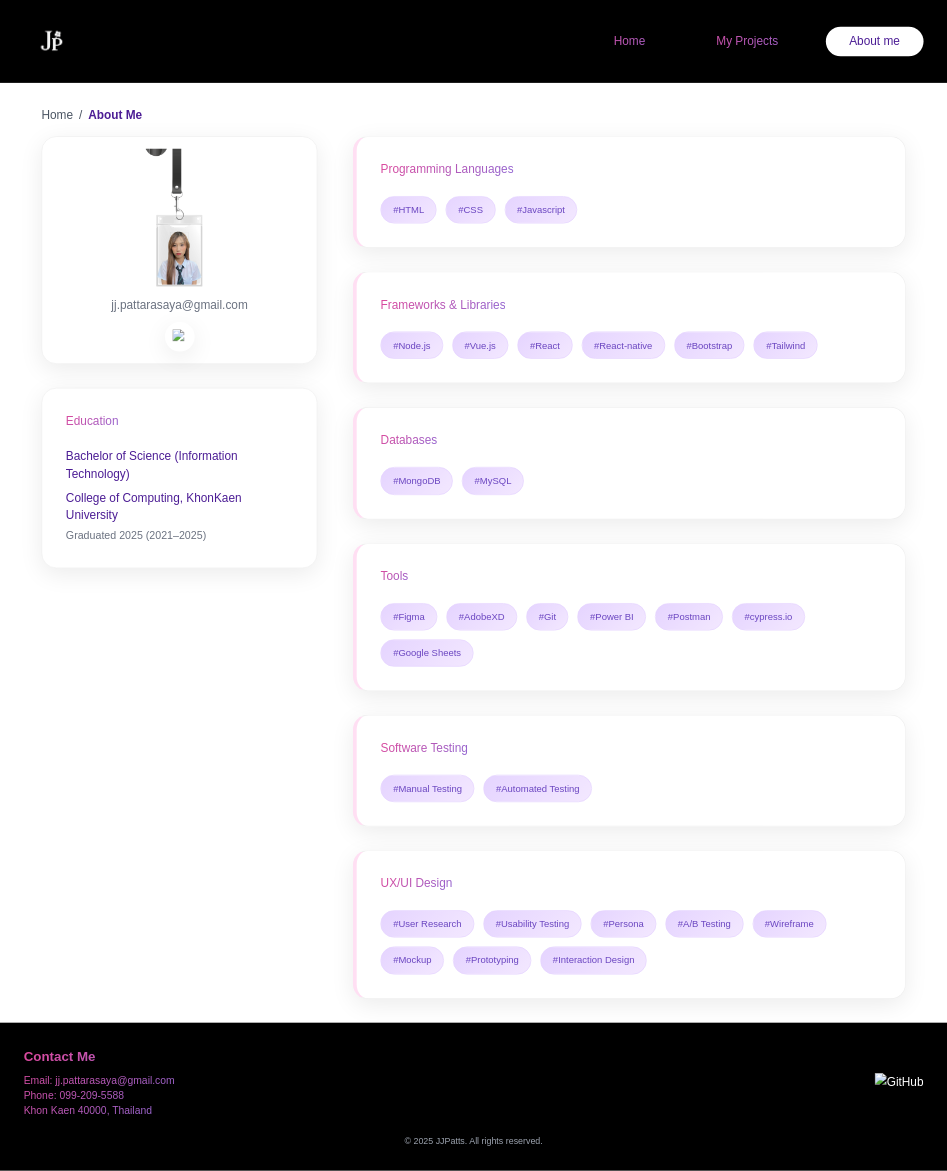
Repository: PattarasayaJJ/Portfolio-jjpatts
Page: /aboutme
The author's editor kept a copy of each file at every save. The page is drawn from the files as they stood at one save, then again after the next save.
The browser window is 1280 px wide. The pictures show the whole page, at 74% of full size.
The project was rebuilt for these pictures with package versions that can differ from the ones it lists, and the page was loaded fresh each time. Also part of the build but not shown: vite.config.js, vite.config.ts, src/header.css, src/hero.css, src/components/Hero.jsx, src/components/Works.jsx.

Above is the page before, as saved 2025-08-03 22:50:07.

### index.html
<!doctype html>
<html lang="en">
  <head>
    <meta charset="UTF-8" />
    <link rel="icon" type="image/svg+xml" href="/JPtab.png" />
    <meta name="viewport" content="width=device-width, initial-scale=1.0" />
    <title>JJPatts Portfolio</title>
  </head>
  <body>
    <div id="root"></div>
    <script type="module" src="/src/index.jsx"></script>
  </body>
</html>

### src/index.css
@import 'tailwindcss/base';
@import 'tailwindcss/components';
@import 'tailwindcss/utilities';
@import url('https://fonts.googleapis.com/css2?family=Kanit:wght@400;700&display=swap');

*{
   font-family: 'Kanit', sans-serif;

}

### src/App.jsx
import React from 'react';
import { BrowserRouter as Router, Routes, Route } from 'react-router-dom';
import { Header } from './components/Header';
import { Hero } from './components/Hero';
import { Works } from './components/Works';
import { Aboutme } from './components/Aboutme' ;
import { Footer } from './components/Footer';
export function App() {
  return (
    <Router>
      <div className="w-full min-h-screen bg-white">
        <Header />
        <main className="w-full">
          <Routes>
            <Route path="/" element={<><Hero /> </>} />
            <Route path="/works" element={<><Works /></>}/>
            <Route path="/aboutme" element={<Aboutme />} />


          </Routes>
        </main>
        <Footer />

      </div>
    </Router>
  );
}

### src/components/Header.jsx
import React, { useState } from 'react';
import { Link, useLocation } from 'react-router-dom';
import { MenuIcon, XIcon } from 'lucide-react';
import '../header.css';

export function Header() {
  const [isMenuOpen, setIsMenuOpen] = useState(false);
  const location = useLocation();

  const isActive = (path) => location.pathname === path;

  return (
    <header className="w-full bg-black py-4 px-8 relative">
      <div className="max-w-7xl mx-auto flex justify-between items-center">
        <Link to="/">
          <div className="flex items-center">
            <img src="/JP.png" alt="logo" className="w-20" />
          </div>
        </Link>

        <nav className="hidden md:flex space-x-8">
          <Link
            to="/"
            className={`font-medium px-8 py-2 rounded-full ${
              isActive('/') ? 'bg-white text-purple-600' : 'gradient-text'
            }`}
            style={isActive('/') ? { color: '#4c1d95' } : {}}
          >
            Home
          </Link>
          <Link
            to="/works"
            className={`font-medium px-8 py-2 rounded-full ${
              isActive('/works') ? 'bg-white text-purple-600' : 'gradient-text'
            }`}
            style={isActive('/works') ? { color: '#4c1d95' } : {}}
          >
            My Projects
          </Link>
          <Link
            to="/aboutme"
            className={`font-medium px-8 py-2 rounded-full ${
              isActive('/aboutme') ? 'bg-white text-purple-600' : 'gradient-text'
            }`}
            style={isActive('/aboutme') ? { color: '#4c1d95' } : {}}
          >
            About me
          </Link>
        </nav>

        <button className="md:hidden text-white" onClick={() => setIsMenuOpen(!isMenuOpen)}>
          {isMenuOpen ? <XIcon size={24} /> : <MenuIcon size={24} />}
        </button>
      </div>

      <div
        className={`
          fixed top-0 right-0 w-64 h-full bg-black z-50 transform transition-transform duration-300 ease-in-out
          ${isMenuOpen ? 'translate-x-0' : 'translate-x-full'}
          md:hidden
        `}
      >
        <div className="p-6">
          <button className="text-white mb-8" onClick={() => setIsMenuOpen(false)}>
            <XIcon size={24} />
          </button>
          <nav className="flex flex-col space-y-6">
            <Link
              to="/"
              className={`font-medium px-6 py-2 rounded-full block text-center ${
                isActive('/') ? 'bg-white text-purple-600' : 'gradient-text'
              }`}
              style={isActive('/') ? { color: '#4c1d95' } : {}}
              onClick={() => setIsMenuOpen(false)}
            >
              Home
            </Link>
            <Link
              to="/works"
              className={`font-medium px-6 py-2 rounded-full block text-center ${
                isActive('/works') ? 'bg-white text-purple-600' : 'gradient-text'
              }`}
              style={isActive('/works') ? { color: '#4c1d95' } : {}}
              onClick={() => setIsMenuOpen(false)}
            >
              My Projects
            </Link>
            <Link
              to="/aboutme"
              className={`font-medium px-6 py-2 rounded-full block text-center ${
                isActive('/aboutme') ? 'bg-white text-purple-600' : 'gradient-text'
              }`}
              style={isActive('/aboutme') ? { color: '#4c1d95' } : {}}
              onClick={() => setIsMenuOpen(false)}
            >
              About me
            </Link>
          </nav>
        </div>
      </div>

      {isMenuOpen && (
        <div
          className="fixed inset-0 bg-black bg-opacity-50 z-40 md:hidden"
          onClick={() => setIsMenuOpen(false)}
        />
      )}
    </header>
  );
}

### src/components/Aboutme.jsx
import React from 'react';
import '../aboutme.css';

export function Aboutme() {
  const skills = [
    { name: '#HTML', type: 'tool' },
    { name: '#CSS', type: 'tool' },
    { name: '#Javascript', type: 'tool' },
  ];

  const frame = [
    { name: '#Node.js', type: 'tool' },
    { name: '#Vue.js', type: 'tool' },
    { name: '#React', type: 'tool' },
    { name: '#React-native', type: 'tool' },
    { name: '#Bootstrap', type: 'tool' },
    { name: '#Tailwind', type: 'tool' },
  ];

  const database = [
    { name: '#MongoDB', type: 'tool' },
    { name: '#MySQL', type: 'tool' },
  ];

  const tools = [
    { name: '#Figma', type: 'tool' },
    { name: '#AdobeXD', type: 'tool' },
    { name: '#Git', type: 'tool' },
    { name: '#Power BI', type: 'tool' },
    { name: '#Postman', type: 'tool' },
    { name: '#cypress.io', type: 'tool' },
    { name: '#Google Sheets', type: 'tool' },
  ];

  const uxui = [
    { name: '#User Research', type: 'ux' },
    { name: '#Usability Testing', type: 'ux' },
    { name: '#Persona', type: 'ux' },
    { name: '#A/B Testing', type: 'ux' },
    { name: '#Wireframe', type: 'ux' },
    { name: '#Mockup', type: 'ux' },
    { name: '#Prototyping', type: 'ux' },
    { name: '#Interaction Design', type: 'ux' },
  ];

  const tester = [
    { name: '#Manual Testing', type: 'ux' },
    { name: '#Automated Testing', type: 'ux' },
  ];

  return (
    <div className="about-container">
      <nav className="breadcrumb">
        <a href="/" className="breadcrumb-link">
          Home
        </a>
        <span className="breadcrumb-separator">/</span>
        <span className="breadcrumb-current">About Me</span>
      </nav>

      <div className="about-content">
        {/* Profile Section */}
        <div className="profile-section">
          <div className="profile-card">
            <div className="avatar-container">
              <div className="avatar-wrapper">
                <img
                  src="/nongjj.png"
                  alt="Profile"
                  className="avatar-img"
                />
              </div>
              <p className="email">jj.pattarasaya@gmail.com</p>

              <div className="social-icons">
                <a href="https://github.com/PattarasayaJJ" target="_blank" rel="noopener noreferrer" className="social-link">
                  <img src="https://github.githubassets.com/favicons/favicon.png" alt="GitHub" />
                </a>
              </div>
            </div>
          </div>

          {/* Education Section */}
          <div className="education-card">
            <h3 className="section-title">
              <span className="gradient-text">Education</span>
            </h3>
            <div className="education-content">
              <h4 className="degree">Bachelor of Science (Information Technology)</h4>
              <p className="university">College of Computing, KhonKaen University</p>
              <p className="graduation">Graduated 2025 (2021–2025)</p>
            </div>
          </div>
        </div>

        {/* Skills Section */}
        <div className="skills-section">
          <div className="skills-grid">
            {/* Programming Languages */}
            <div className="skill-category">
              <h3 className="category-title">
                <span className="gradient-text">Programming Languages</span>
              </h3>
              <div className="skills-list">
                {skills.map((skill, index) => (
                  <span className="skill-tag" key={index}>
                    {skill.name}
                  </span>
                ))}
              </div>
            </div>

            {/* Frameworks & Libraries */}
            <div className="skill-category">
              <h3 className="category-title">
                <span className="gradient-text">Frameworks & Libraries</span>
              </h3>
              <div className="skills-list">
                {frame.map((skill, index) => (
                  <span className="skill-tag" key={index}>
                    {skill.name}
                  </span>
                ))}
              </div>
            </div>

            {/* Databases */}
            <div className="skill-category">
              <h3 className="category-title">
                <span className="gradient-text">Databases</span>
              </h3>
              <div className="skills-list">
                {database.map((skill, index) => (
                  <span className="skill-tag" key={index}>
                    {skill.name}
                  </span>
                ))}
              </div>
            </div>

            {/* Tools */}
            <div className="skill-category">
              <h3 className="category-title">
                <span className="gradient-text">Tools</span>
              </h3>
              <div className="skills-list">
                {tools.map((skill, index) => (
                  <span className="skill-tag" key={index}>
                    {skill.name}
                  </span>
                ))}
              </div>
            </div>

            {/* Software Testing */}
            <div className="skill-category">
              <h3 className="category-title">
                <span className="gradient-text">Software Testing</span>
              </h3>
              <div className="skills-list">
                {tester.map((skill, index) => (
                  <span className="skill-tag" key={index}>
                    {skill.name}
                  </span>
                ))}
              </div>
            </div>

            {/* UX/UI Design */}
            <div className="skill-category">
              <h3 className="category-title">
                <span className="gradient-text">UX/UI Design</span>
              </h3>
              <div className="skills-list">
                {uxui.map((skill, index) => (
                  <span className="skill-tag" key={index}>
                    {skill.name}
                  </span>
                ))}
              </div>
            </div>
          </div>
        </div>
      </div>
    </div>
  );
}

### src/components/Footer.jsx
import React from 'react';

export function Footer() {
  return (
    <footer className="w-full bg-black text-white py-8 px-8">
  <div className="max-w-7xl mx-auto flex flex-col md:flex-row justify-between items-center space-y-6 md:space-y-0">

        <div className="text-center md:text-left gradient-text ">
          <h2 className="text-lg font-semibold">Contact Me</h2>
          <p className="text-sm mt-2">Email: jj.pattarasaya@gmail.com</p>
          <p className="text-sm">Phone: 099-209-5588</p>
          <p className="text-sm">Khon Kaen 40000, Thailand</p>

        </div>

        <div className="flex space-x-4 ">
        <a href="https://github.com/PattarasayaJJ" target="_blank" rel="noopener noreferrer">
        <img src="https://github.githubassets.com/favicons/favicon.png" alt="GitHub" />

  </a>

        </div>
      </div>

      <div className="text-center text-xs text-gray-400 mt-6 ">
        © {new Date().getFullYear()} JJPatts. All rights reserved.
      </div>
    </footer>
  );
}

### src/work.css
.projects-section {
  width: 100%;
  max-width: 1200px;
  margin: 0 auto;
  padding: 2rem 1rem;
  background-color: #ffffff;
}

.projects-container {
  max-width: 80rem;
  margin: 0 auto;
  display: flex;
  flex-direction: column;
  gap: 2rem;
}

.breadcrumb {
  margin-bottom: 2rem;
  font-size: 0.9rem;
  color: #666;
}

.breadcrumb-link {
  color: #666;
  text-decoration: none;
}

.breadcrumb-link:hover {
  color: #333;
}

.breadcrumb-separator {
  margin: 0 0.5rem;
}

.breadcrumb-current {
  color: #333;
  font-weight: 500;
}

.project-title-text {
  margin-top: 10px;
  background: linear-gradient(135deg, #DD489B, #9067D3);
  -webkit-background-clip: text;
  -webkit-text-fill-color: transparent;
  background-clip: text;
  display: inline-block;
  font-size: 1.25rem;
  font-weight: bold;
}

/* Project Card */
.project-card {
  background: #ffffff;
  border-radius: 20px;
  padding: 3rem;
  box-shadow: 0 8px 32px rgba(0, 0, 0, 0.08);
  border: 1px solid #f0f0f0;
  display: flex;
  flex-direction: column;
  gap: 2rem;
}

/* Project Images */
.project-images {
  display: flex;
  justify-content: center;
  gap: 2rem;
  margin-bottom: 1rem;
}

.project-images.single {
  justify-content: center;
}

/* Updated: Uniform image sizing */
.project-image {
  width: 400px;
  height: 300px;
  object-fit: contain;
  border-radius: 12px;
  box-shadow: 0 8px 24px rgba(0, 0, 0, 0.12);
  transition: transform 0.3s ease, box-shadow 0.3s ease;
}

.project-image:hover {
  transform: translateY(-4px);
  box-shadow: 0 12px 32px rgba(0, 0, 0, 0.16);
}

/* Project Content */
.project-content {
  text-align: center;
  display: flex;
  flex-direction: column;
  gap: 1rem;
}

.project-name {
  font-size: 1rem;
  line-height: 1.6;
  color: #4c1d95;
  margin: 0;
  font-weight: 400;
}

.highlight {
  font-weight: 700;
  color: #4c1d95;
}

/* Skills List */
.skills-list {
  display: flex;
  flex-wrap: wrap;
  gap: 0.75rem;
  margin-top: 1rem;
}

.skill-tag {
  background: linear-gradient(135deg, #e5d4ff, #f3e8ff);
  color: #6b46c1;
  padding: 0.5rem 1rem;
  border-radius: 20px;
  font-size: 0.875rem;
  font-weight: 500;
  border: 1px solid #e5d4ff;
  transition: all 0.3s ease;
}

.skill-tag:hover {
  background: linear-gradient(135deg, #ddd6fe, #e5d4ff);
  transform: translateY(-2px);
  box-shadow: 0 4px 12px rgba(107, 70, 193, 0.2);
}

/* Responsive Design */
@media (max-width: 1024px) {
  .project-images {
    gap: 1.5rem;
  }

  .project-image {
    width: 350px;
    height: 250px;
    object-fit: contain;
  }
}

@media (max-width: 768px) {
  .projects-section {
    padding: 1.5rem 1rem;
  }

  .project-card {
    padding: 2rem 1.5rem;
  }

  .project-images {
    flex-direction: column;
    align-items: center;
    gap: 1.5rem;
  }

  .project-image {
    width: 100%;
    max-width: 400px;
    height: 250px;
    object-fit: contain;
  }

  .project-title {
    font-size: 1.5rem;
  }

  .project-name {
    font-size: 1.1rem;
    text-align: left;
  }

  .skills-list {
    justify-content: flex-start;
  }
}

@media (max-width: 480px) {
  .project-card {
    padding: 1.5rem 1rem;
  }

  .project-name {
    font-size: 1rem;
  }

  .skill-tag {
    font-size: 0.75rem;
    padding: 0.4rem 0.8rem;
  }

  .project-image {
    width: 100%;
    max-width: 350px;
    height: 200px;
    object-fit: contain;
  }
}

### src/aboutme.css
.about-container {
  max-width: 1200px;
  margin: 0 auto;
  padding: 2rem 1rem;
  background-color: #ffffff;
}

.breadcrumb {
  margin-bottom: 1rem;
  font-size: 1rem;
  color: #4B5563;
  display: flex;
  align-items: center;
}

.breadcrumb-link {
  color: #4B5563;
  text-decoration: none;
}

.breadcrumb-link:hover {
  text-decoration: underline;
}


.breadcrumb-separator {
  margin: 0 0.5rem;
}

.breadcrumb-current {
  font-weight: bold;
  color: #4c1d95;
}

.about-content {
  display: grid;
  grid-template-columns: 1fr 2fr;
  gap: 3rem;
  align-items: start;
}

.profile-section {
  display: flex;
  flex-direction: column;
  gap: 2rem;
}

.profile-card {
  background: #ffffff;
  border-radius: 20px;
  padding: 1rem;
  box-shadow: 0 8px 32px rgba(0, 0, 0, 0.08);
  border: 1px solid #f0f0f0;
  text-align: center;
}

.avatar-container {
  display: flex;
  flex-direction: column;
  align-items: center;
}

.avatar-wrapper {
  width: 200px;
  height: 200px;
  transition: transform 0.3s ease;
}

.avatar-wrapper:hover {
  transform: scale(1.05);
}

.avatar-img {
  width: 100%;
  height: 100%;
  object-fit: contain;
}

.profile-name {
  font-size: 1.5rem;
  color: #4c1d95;
  margin: 0;
}

.profile-title {
  font-size: 1rem;
  color: #6b46c1;
  margin: 0;
}

.email {
  font-size: 1rem;
  color: #6b7280;
  margin-bottom: 10px;
}

.social-icons {
  display: flex;
  justify-content: center;
  gap: 1rem;
}

.social-link {
  display: flex;
  align-items: center;
  justify-content: center;
  width: 40px;
  height: 40px;
  box-shadow: 0 8px 32px rgba(0, 0, 0, 0.08);
  border-radius: 50%;
  transition: all 0.3s ease;
}

.social-link:hover {
  transform: translateY(-2px);
  box-shadow: 0 4px 12px rgba(107, 70, 193, 0.3);
}

.social-icons img {
  width: 20px;
  height: 20px;
}

.education-card {
  background: #ffffff;
  border-radius: 20px;
  padding: 2rem;
  box-shadow: 0 8px 32px rgba(0, 0, 0, 0.08);
  border: 1px solid #f0f0f0;
}

.education-content {
  margin-top: 1rem;
}

.degree {
  font-size: 1rem;
  color: #4c1d95;
  margin: 0 0 0.5rem 0;
}

.university {
  font-size: 1rem;
  color: #4c1d95;
  margin: 0 0 0.25rem 0;
}

.graduation {
  font-size: 0.9rem;
  color: #6b7280;
  margin: 0;
}

.skills-section {
  display: flex;
  flex-direction: column;
}

.skills-grid {
  display: grid;
  grid-template-columns: 1fr;
  gap: 2rem;
}

.skill-category {
  background: #ffffff;
  border-radius: 20px;
  padding: 2rem;
  box-shadow: 0 8px 32px rgba(0, 0, 0, 0.08);
  border: 1px solid #f0f0f0;
  border-left: 5px solid #ffdff3;
}

.section-title,
.category-title {
  font-size: 1rem;
  margin: 0 0 1.5rem 0;
  display: flex;
  align-items: center;
}

.gradient-text {
  background: linear-gradient(135deg, #DD489B, #9067D3);
  -webkit-background-clip: text;
  -webkit-text-fill-color: transparent;
  background-clip: text;
}

.skills-list {
  display: flex;
  flex-wrap: wrap;
  gap: 0.75rem;
}

.skill-tag {
  background: linear-gradient(135deg, #e5d4ff, #f3e8ff);
  color: #6b46c1;
  padding: 0.5rem 1rem;
  border-radius: 20px;
  font-size: 0.8rem;
  border: 1px solid #e5d4ff;
  transition: all 0.3s ease;
  cursor: default;
}

.skill-tag:hover {
  background: linear-gradient(135deg, #ddd6fe, #e5d4ff);
  transform: translateY(-2px);
  box-shadow: 0 4px 12px rgba(107, 70, 193, 0.2);
}

@media (max-width: 1024px) {
  .about-content {
    grid-template-columns: 1fr;
    gap: 2rem;
  }

  .skills-grid {
    grid-template-columns: repeat(2, 1fr);
  }
}

@media (max-width: 768px) {
  .about-container {
    padding: 1.5rem 1rem;
  }

  .about-content {
    gap: 1.5rem;
  }

  .skills-grid {
    grid-template-columns: 1fr;
    gap: 1.5rem;
  }

  .profile-card,
  .education-card,
  .skill-category {
    padding: 1.5rem;
  }

  .avatar-wrapper {
    width: 150px;
    height: 150px;
  }

  .profile-name {
    font-size: 1.25rem;
  }

  .profile-title {
    font-size: 0.9rem;
  }

  .section-title,
  .category-title {
    font-size: 1.1rem;
  }

  .skill-tag {
    font-size: 0.8rem;
    padding: 0.4rem 0.8rem;
  }
}

@media (max-width: 480px) {

  .profile-card,
  .education-card,
  .skill-category {
    padding: 1.25rem;
  }

  .avatar-wrapper {
    width: 120px;
    height: 120px;
  }

  .profile-name {
    font-size: 1rem;
  }

  .skills-list {
    gap: 0.5rem;
  }

  .skill-tag {
    font-size: 0.75rem;
    padding: 0.35rem 0.7rem;
  }
}

Loaded but not shown: src/index.jsx (common file); tailwind.config.js (common file)

After the next save:
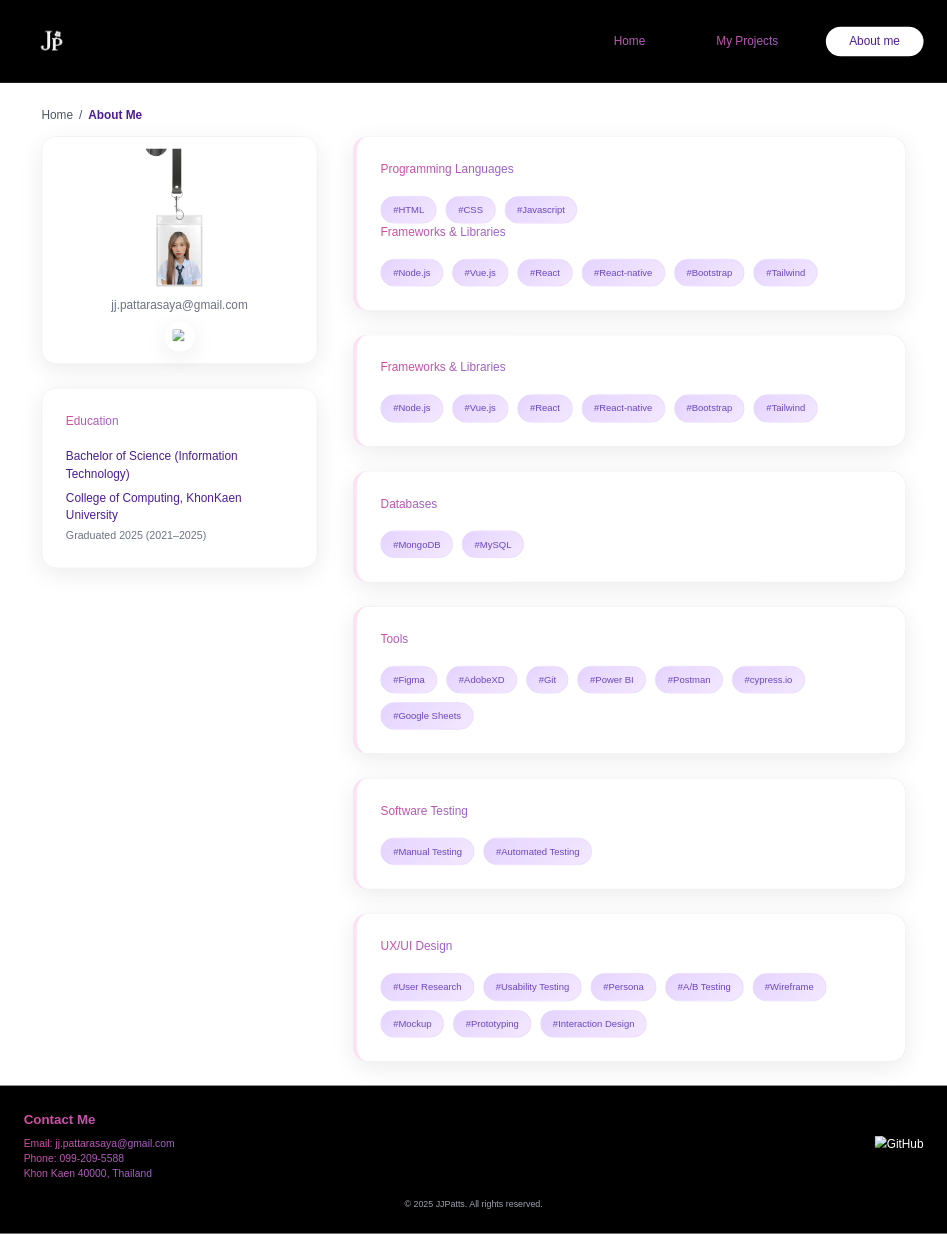
Saved 88 s later.
--- a/src/components/Aboutme.jsx
+++ b/src/components/Aboutme.jsx
@@ -108,6 +108,18 @@ export function Aboutme() {
                   </span>
                 ))}
               </div>
+
+
+                 <h3 className="category-title">
+                <span className="gradient-text">Frameworks & Libraries</span>
+              </h3>
+              <div className="skills-list">
+                {frame.map((skill, index) => (
+                  <span className="skill-tag" key={index}>
+                    {skill.name}
+                  </span>
+                ))}
+              </div>
             </div>
 
             {/* Frameworks & Libraries */}
